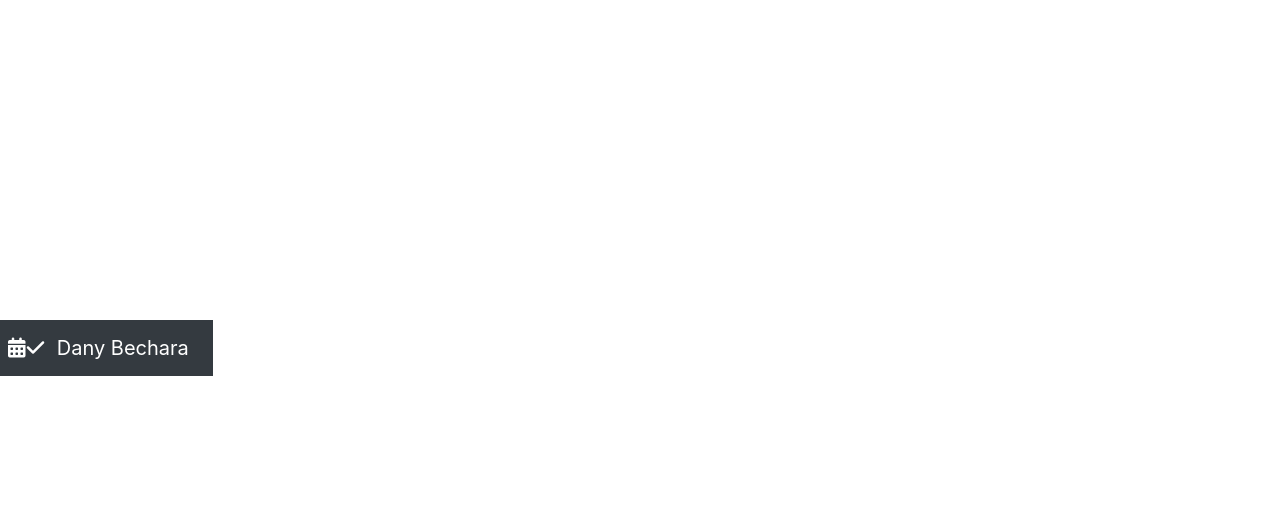
Repository: bechara611/calendar-frontend
Page: /
An editor plug-in stored every save of this project. The page is shown before and after the next save, followed by the edit.
The browser window is 1280 px wide. The pictures show the whole page.
The project was rebuilt for these pictures with package versions that can differ from the ones it lists, and the page was loaded fresh each time. Also part of the build but not shown: vite.config.js. Imported but missing from the stored project, and not drawn on this page: src/auth.

Above is the page before, as saved 2023-01-04 14:12:39.

### index.html
<!DOCTYPE html>
<html lang="en">
  <head>
    <meta charset="UTF-8" />
    <link rel="icon" type="image/svg+xml" href="/vite.svg" />
    <meta name="viewport" content="width=device-width, initial-scale=1.0" />
    <title>CalendarDB</title>
    <link rel="stylesheet" href="https://cdn.jsdelivr.net/npm/bootstrap@4.5.3/dist/css/bootstrap.min.css" integrity="sha384-TX8t27EcRE3e/ihU7zmQxVncDAy5uIKz4rEkgIXeMed4M0jlfIDPvg6uqKI2xXr2" crossorigin="anonymous">
    <link rel="stylesheet" href="https://cdnjs.cloudflare.com/ajax/libs/font-awesome/6.2.1/css/all.min.css" integrity="sha512-MV7K8+y+gLIBoVD59lQIYicR65iaqukzvf/nwasF0nqhPay5w/9lJmVM2hMDcnK1OnMGCdVK+iQrJ7lzPJQd1w==" crossorigin="anonymous" referrerpolicy="no-referrer" />
  </head>
  <body>
    <div id="root"></div>
    <script type="module" src="/src/main.jsx"></script>
  </body>
</html>

### src/main.jsx
import React from 'react'
import ReactDOM from 'react-dom/client'
import { BrowserRouter } from 'react-router-dom'
import { CalendarApp } from './CalendarApp'
import './styles.css'

ReactDOM.createRoot(document.getElementById('root')).render(
  <React.StrictMode>

    <BrowserRouter>
      <CalendarApp />
    </BrowserRouter>

    </React.StrictMode>,
)

### src/CalendarApp.jsx
import React from 'react'
import { AppRouter } from './router/AppRouter'

export const CalendarApp = () => {
  return (
   <AppRouter></AppRouter>
  )
}

### src/router/AppRouter.jsx
import React from 'react'
import { Navigate, Route, Routes } from 'react-router-dom'
import { LoginPages } from '../auth/'
import { CalendarPages } from '../calendar/'


export const AppRouter = () => {
 // const authStatus = 'not-authenticated'
  const authStatus = 'authenticated'
  return (
    <Routes>
      {
        (authStatus === 'not-authenticated'
          ? <Route path='/auth/*' element={<LoginPages></LoginPages>}></Route>
          : <Route path='/*' element={<CalendarPages></CalendarPages>}></Route>
        )
      }
      <Route path='/*' element={<Navigate to={'/auth/login'}></Navigate>}></Route>

    </Routes>
  )
}

### src/calendar/index.js
export * from './pages/CalendarPages'
export * from './components/NavBar'

### src/calendar/pages/CalendarPages.jsx
import React from 'react'
import { NavBar } from '../components/NavBar'

export const CalendarPages = () => {
  return (
 <NavBar></NavBar>
  )
}

### src/calendar/components/NavBar.jsx
import React from 'react'

export const NavBar = () => {
  return (
    <div className="navbar navbar-dark bg-dark mb-4 px-2">
    <span className='navbar-brand'>
    <i className='fas fa-calendar-alt'></i>
    <i className="fa-sharp fa-solid fa-check icono"></i>

    &nbsp;
    Dany Bechara
    </span>
    </div>
  )
}

### src/calendar/components/NavBar.css
.icono{
    padding: 100px;
}

Loaded but not shown: src/styles.css (common file)

After the next save:
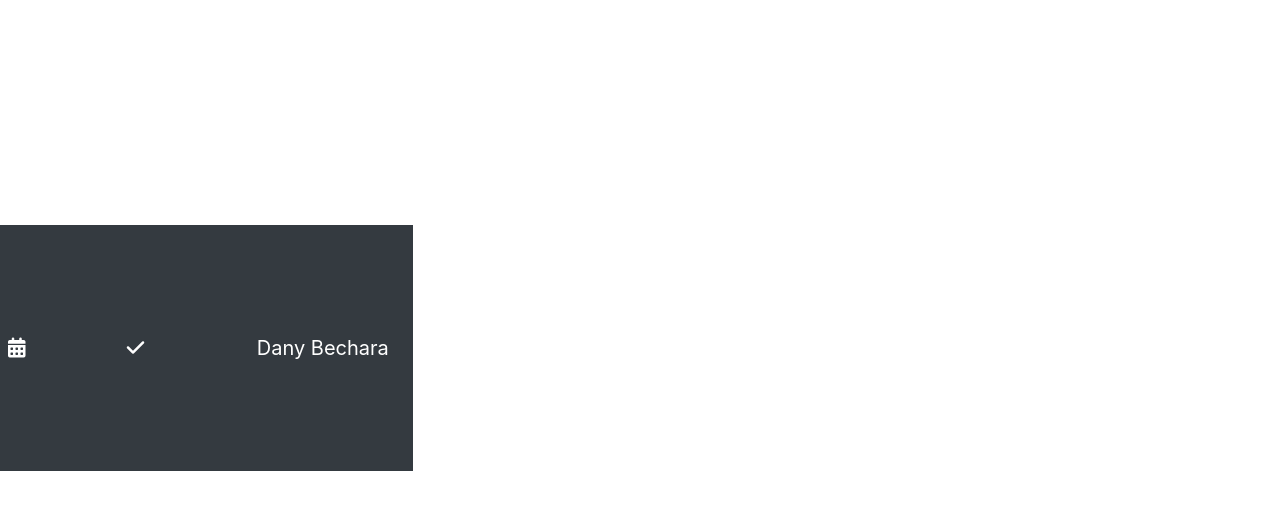
Saved 16 s later.
--- a/src/calendar/components/NavBar.jsx
+++ b/src/calendar/components/NavBar.jsx
@@ -1,5 +1,5 @@
 import React from 'react'
-
+import './NavBar.css'
 export const NavBar = () => {
   return (
     <div className="navbar navbar-dark bg-dark mb-4 px-2">

After the save that followed:
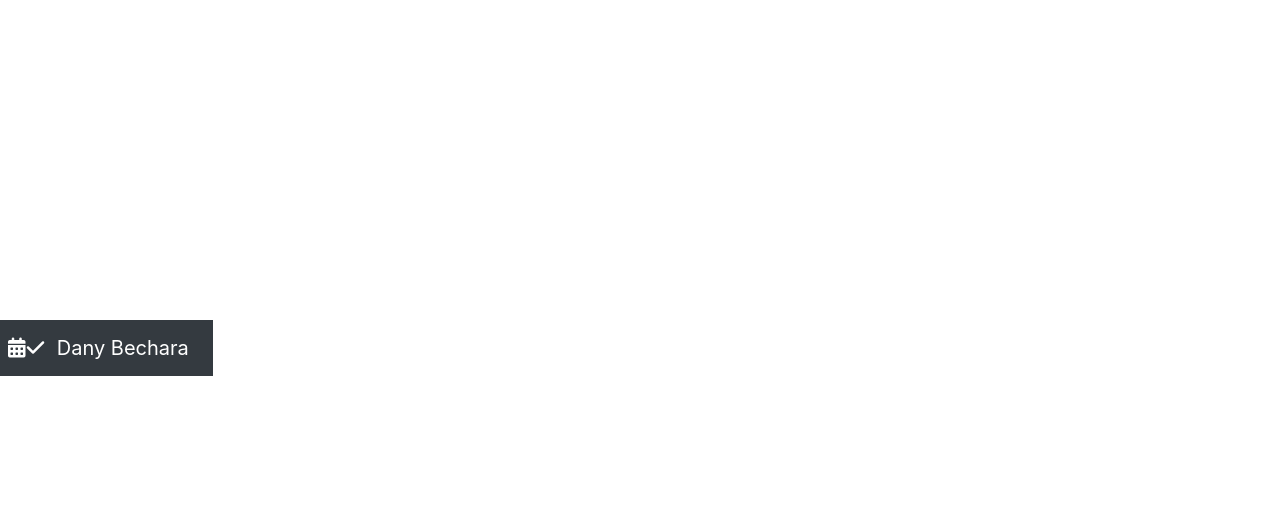
Saved 11 s later.
--- a/src/calendar/components/NavBar.css
+++ b/src/calendar/components/NavBar.css
@@ -1,3 +1,3 @@
 .icono{
-    padding: 100px;
+  font-size: 20px;
 }
